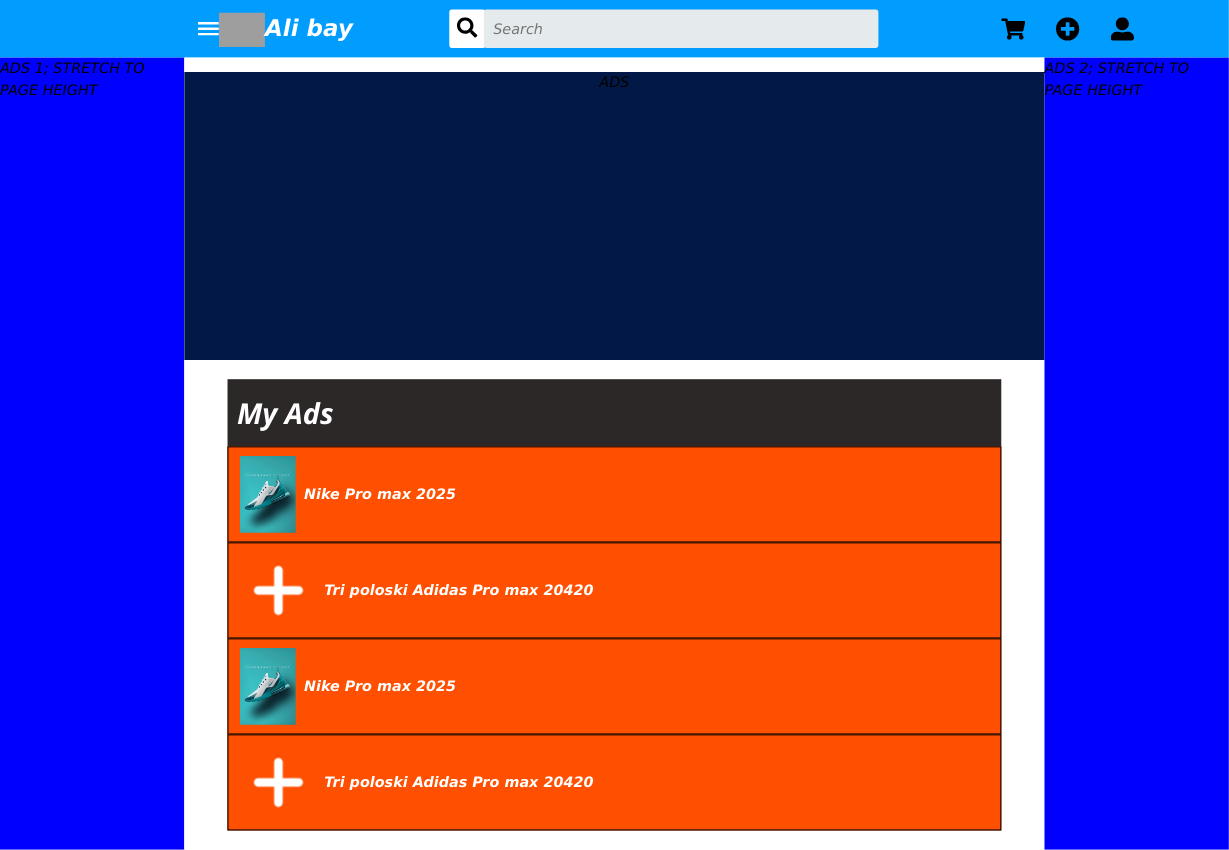
Repository: Aramys21/alibay-site
Page: public/ad_list.html
These files come from the project's save history. The page is drawn as it stood at one moment and after a run of saves; the edit follows.
The browser window is 1280 px wide. The pictures show the whole page, at 96% of full size.
Pictures or frames that could not be fetched are drawn as grey boxes.

Above is the page before, as saved 2023-04-05 00:19:06.

After the next 2 saves:
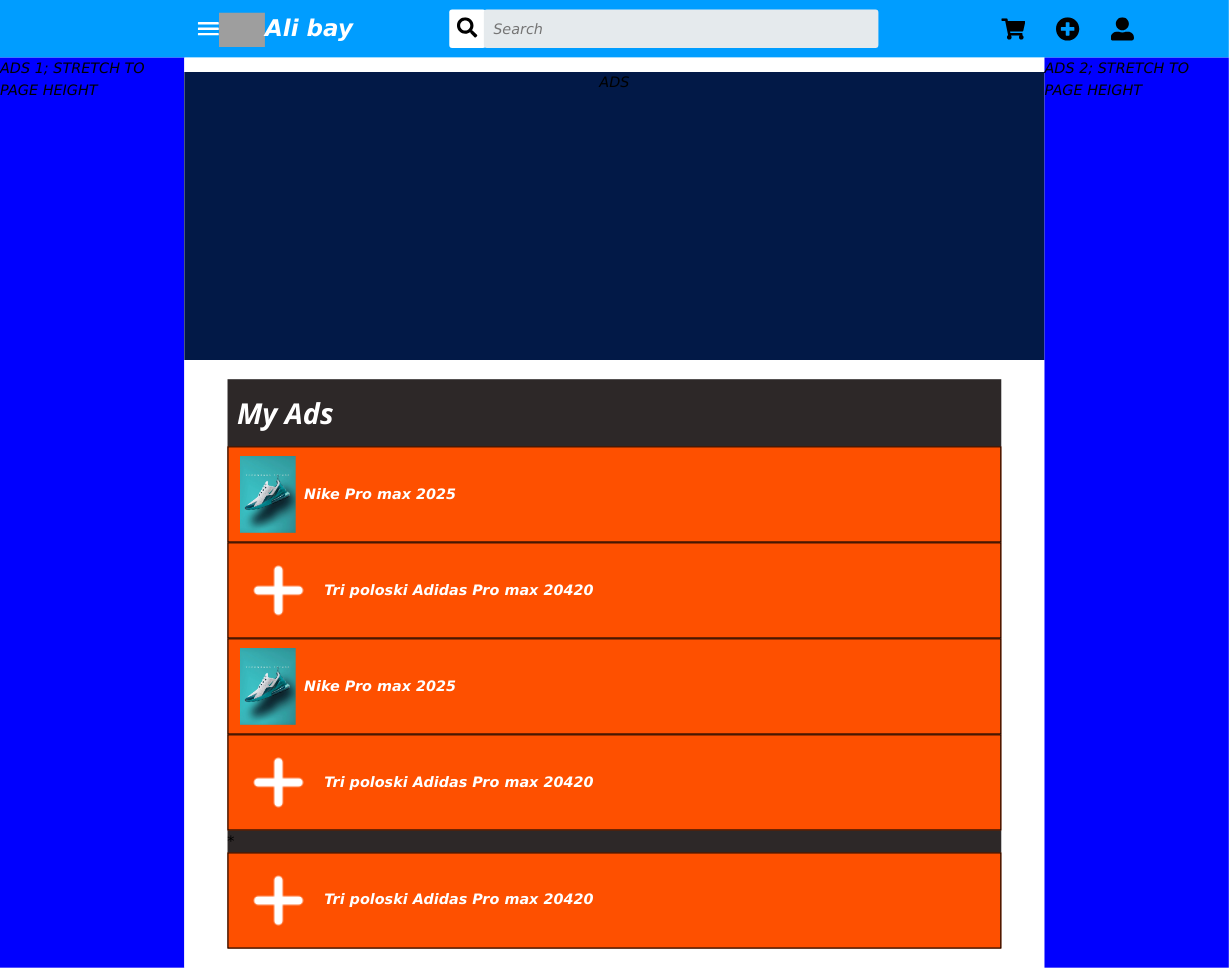
The 2 saves are shown as one change because they came seconds apart.
The last was saved 27 s later.
--- a/public/ad_list.html
+++ b/public/ad_list.html
@@ -128,7 +128,11 @@
 				<a><img src="src/images/ades (2).png"></a>
 				<a>Tri poloski Adidas Pro max 20420</a>
 			</div>
-			<!-- single item end -->
+			<!-- single item end -->*
+			<div class="list-item">
+				<a><img src="src/images/ades (2).png"></a>
+				<a>Tri poloski Adidas Pro max 20420</a>
+			</div>
 		</div>
 
 
